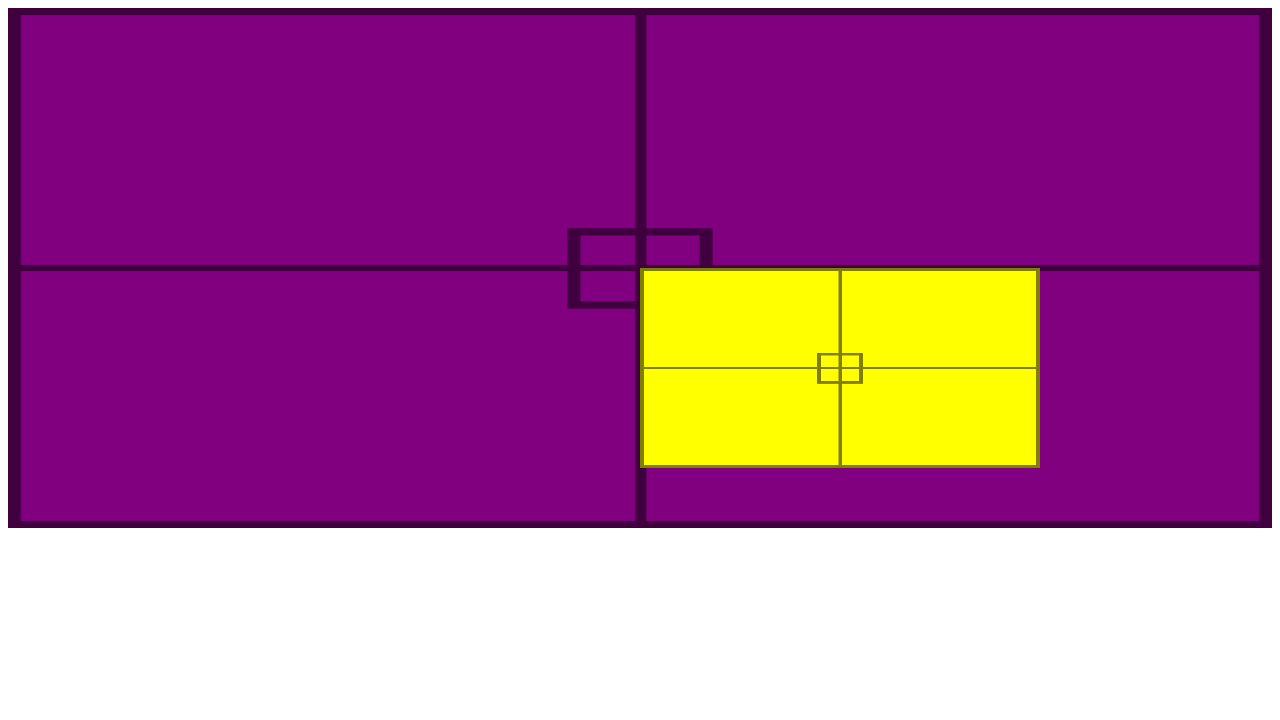
Repository: Leonngc/html-css
Page: Exercicios/ex023/fundo007.html
These files come from the project's save history. The page is drawn as it stood at one moment and after the next save; the edit follows.
The browser window is 1280 px wide. The pictures show the whole page.

Above is the page before, as saved 2022-10-27 19:48:00.

After the next save:
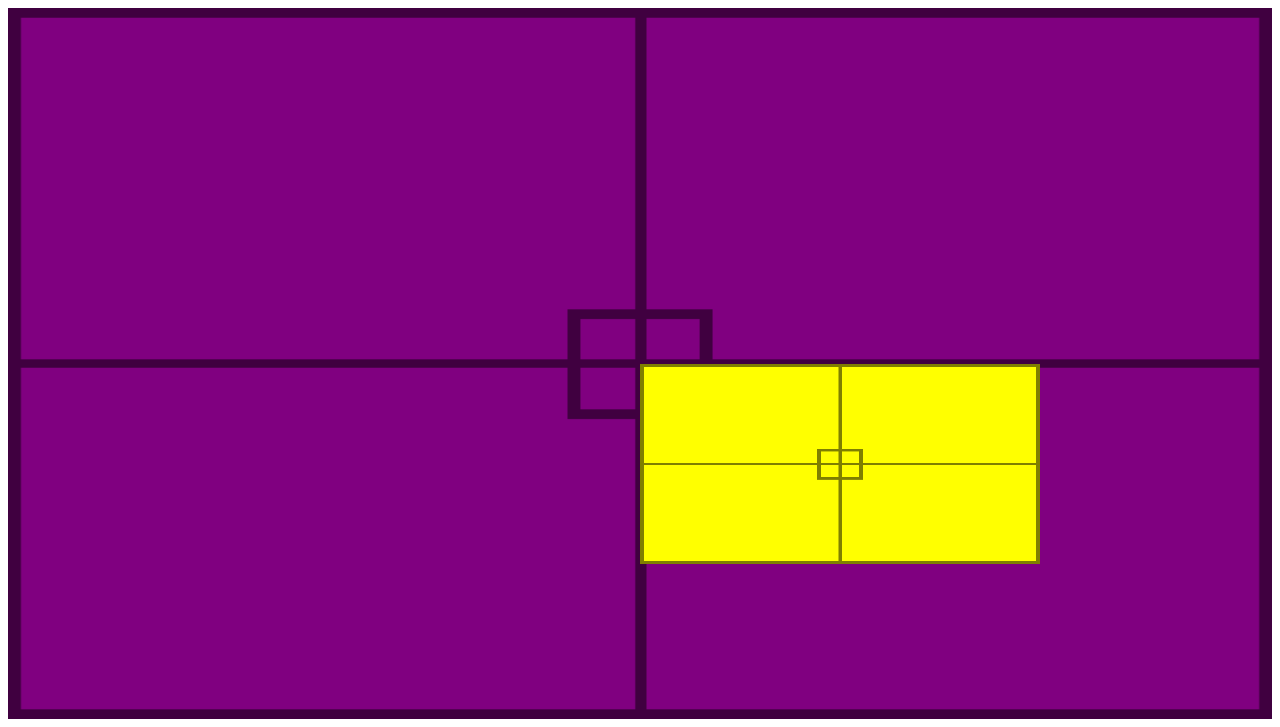
Saved 31 s later.
--- a/Exercicios/ex023/fundo007.html
+++ b/Exercicios/ex023/fundo007.html
@@ -10,7 +10,7 @@
             background-image: url(imagens/target001.png);
             background-size: 100% 100%;
             position: relative;
-            height: 500px;
+            height: 96vh;
             padding: 10px;
             background-color: purple;
         }
